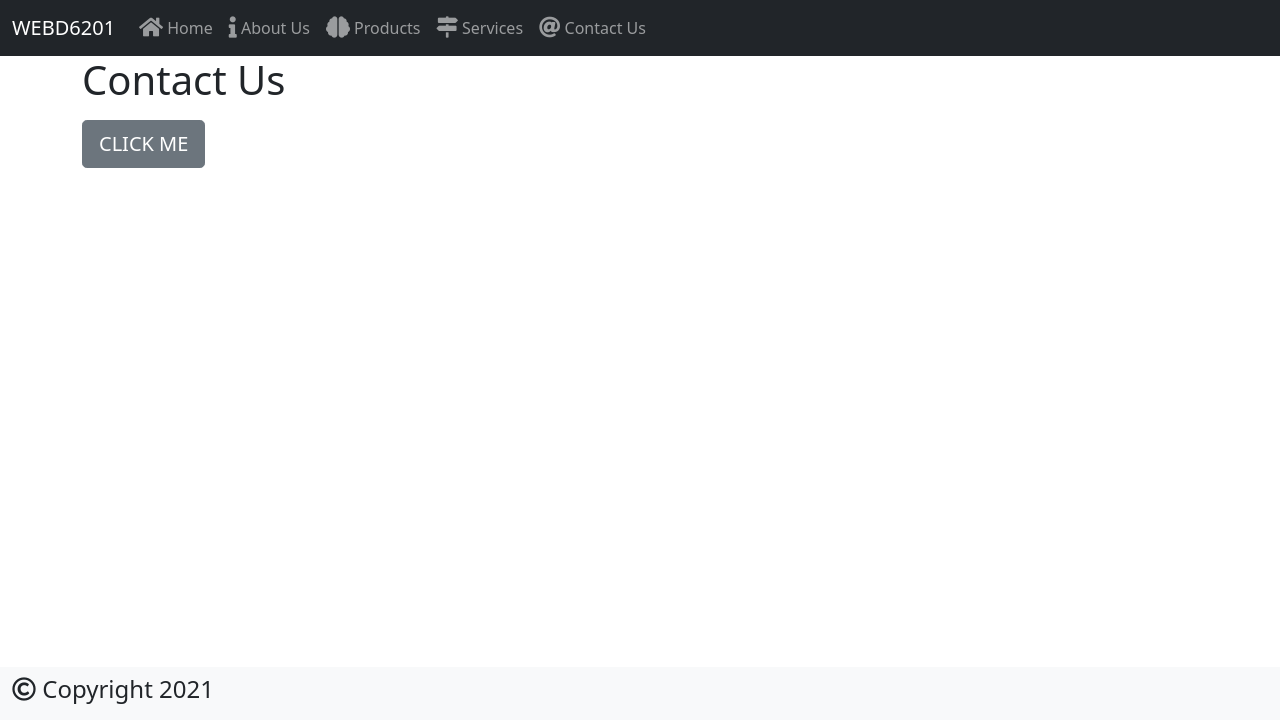
Repository: GarlicButterBoy/WEBD6201-Week1
Page: contact.html
The author's editor kept a copy of each file at every save. The page is drawn from the files as they stood at one save, then again after a run of saves.
The browser window is 1280 px wide. The pictures show the whole page.

Above is the page before, as saved 2021-01-21 09:03:02.

After the next 3 saves:
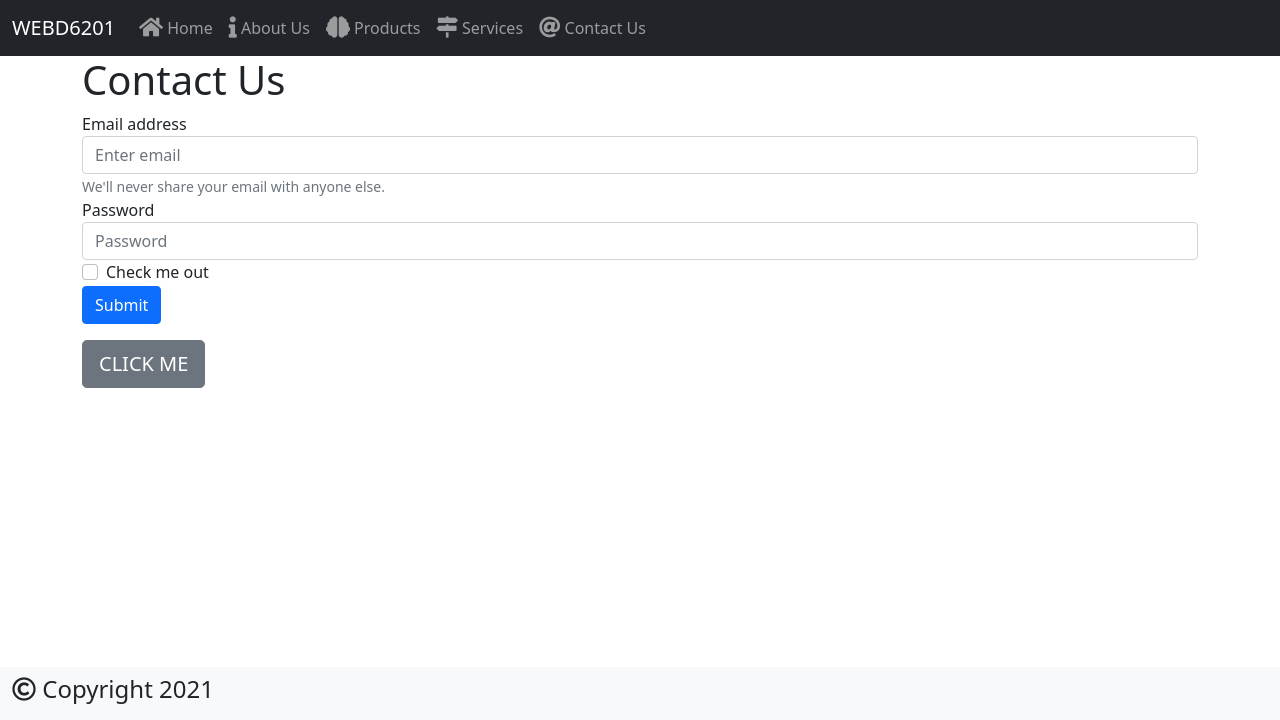
The 3 saves are shown as one change because they came seconds apart.
The last was saved 2 min 54 s later.
--- a/contact.html
+++ b/contact.html
@@ -58,6 +58,24 @@
 <!--Main Content-->
     <main class="container">
         <h1>Contact Us</h1>
+
+        <form>
+          <div class="form-group">
+            <label for="exampleInputEmail1">Email address</label>
+            <input type="email" class="form-control" id="exampleInputEmail1" aria-describedby="emailHelp" placeholder="Enter email">
+            <small id="emailHelp" class="form-text text-muted">We'll never share your email with anyone else.</small>
+          </div>
+          <div class="form-group">
+            <label for="exampleInputPassword1">Password</label>
+            <input type="password" class="form-control" id="exampleInputPassword1" placeholder="Password">
+          </div>
+          <div class="form-check">
+            <input type="checkbox" class="form-check-input" id="exampleCheck1">
+            <label class="form-check-label" for="exampleCheck1">Check me out</label>
+          </div>
+          <button type="submit" class="btn btn-primary">Submit</button>
+        </form>
+
         <p id="paragraphOne" ></p>
         <button class="btn btn-secondary btn-lg" id="clickMeButton">CLICK ME</button>
     </main>
